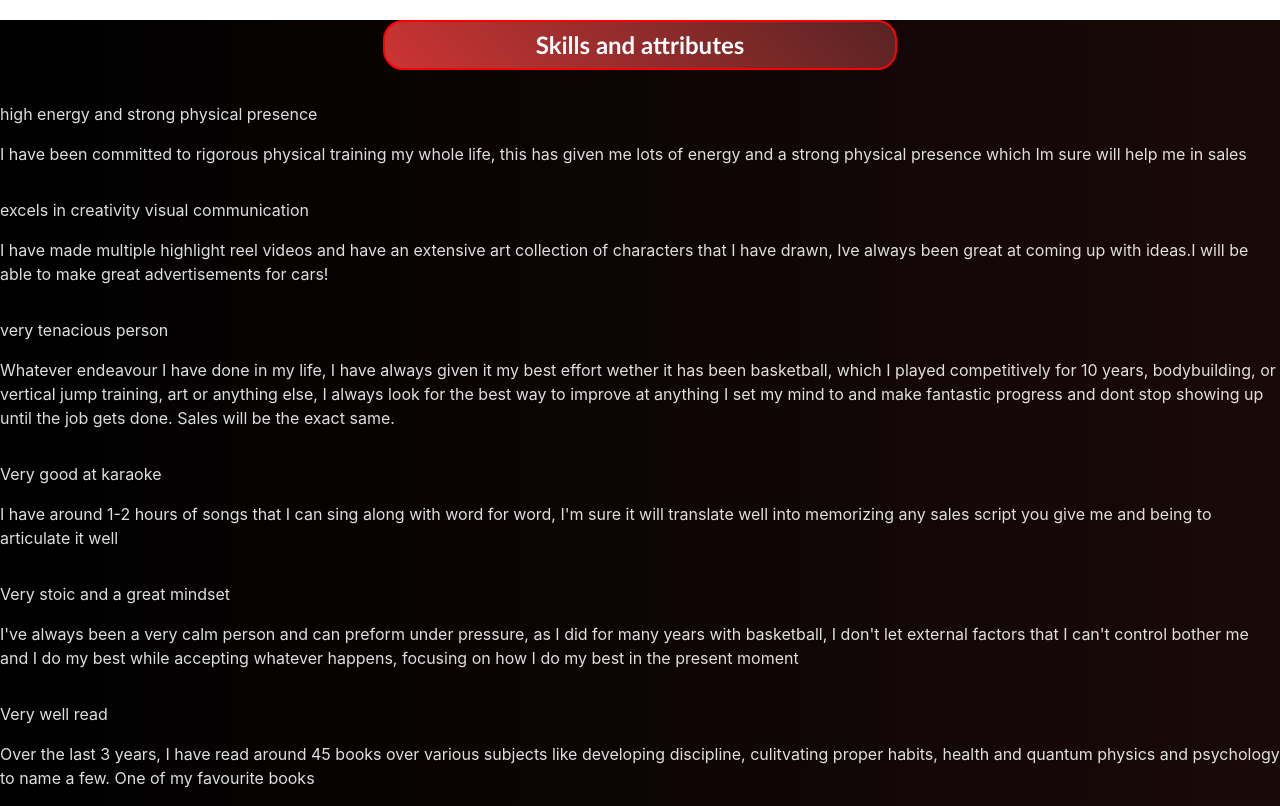
Repository: TMuse333/resume1
Page: /
These files come from the project's save history. The page is drawn as it stood at one moment and after the next save; the edit follows.
The browser window is 1280 px wide. The pictures show the whole page.
The project was rebuilt for these pictures with package versions that can differ from the ones it lists, and the page was loaded fresh each time. Also part of the build but not shown: vite.config.js, src/components/navbar.jsx, src/components/about.jsx, src/components/contact.jsx, src/components/footer.jsx, src/components/experience.jsx, src/components/carousel.jsx, src/components/experienceCarousel.jsx and 4 more. Imported but missing from the stored project, and not drawn on this page: src/images/best_dunk.mp4.

Above is the page before, as saved 2023-10-18 15:07:13.

### index.html
<!doctype html>
<html lang="en">
  <head>
    <meta charset="UTF-8" />

    <meta name="viewport" content="width=device-width, initial-scale=1.0" />
    <title>Thomas Musial Resume 1</title>
  </head>
  <body>
    <div id="root"></div>
    <script type="module" src="/src/main.jsx"></script>
  </body>
</html>

### src/main.jsx
import './index.css'
import * as React from 'react';
import { StrictMode } from 'react';
import { createRoot } from 'react-dom/client';
import { BrowserRouter } from 'react-router-dom';

import App from './App';

const rootElement = document.getElementById('root');
const root = createRoot(rootElement);

root.render(
  <StrictMode>
    <BrowserRouter>
      <App />
    </BrowserRouter>
  </StrictMode>
);

### src/index.css
:root {
  font-family: Inter, system-ui, Avenir, Helvetica, Arial, sans-serif;
  line-height: 1.5;
  font-weight: 400;

  /* color-scheme: light dark; */
  color: rgba(255, 255, 255, 0.87);
  background-color: #242424;

  font-synthesis: none;
  text-rendering: optimizeLegibility;
  -webkit-font-smoothing: antialiased;
  -moz-osx-font-smoothing: grayscale;
  -webkit-text-size-adjust: 100%;
}

a {
  font-weight: 500;
/* color:black; */
  text-decoration: inherit;
}
a:hover {

}

body {
  margin: 0;
  display: flex;
  place-items: center;
  min-width: 320px;
  min-height: 100vh;
}

h1 {
  font-size: 3.2em;
  line-height: 1.1;
}

button {
  border-radius: 8px;
  border: 1px solid transparent;
  padding: 0.6em 1.2em;
  font-size: 1em;
  font-weight: 500;
  font-family: inherit;

  cursor: pointer;
  transition: border-color 0.25s;
}
button:hover {

}
button:focus,
button:focus-visible {

}

@media (prefers-color-scheme: light) {
  :root {
    /* color: #213547; */
    background-color: #ffffff;
  }
  a:hover {

  }
  button {
    background-color: #f9f9f9;
  }
}

### src/App.jsx
import { useState } from 'react'
import './App.css'
import {
  BrowserRouter as Router,

  Route, Routes

} from "react-router-dom";




import MainLayout from './components/MainLayout';

import { SkillProvider } from './context/context'
import FAQ from './components/FAQ';
import Progress from './components/progress';


function App() {
  return (
    <>

    <SkillProvider>
   <Routes>

      <Route path='/' element={<MainLayout/>}/>
     <Route path="/FAQ" element={<FAQ/>}/>
     <Route path="/progress" element={<Progress/>}/>
      </Routes>
      </SkillProvider>


   </>
  );
}

export default App;

### src/components/MainLayout.jsx
import React from 'react';
import Navbar from './navbar';
import About from './about';
import Skills from './skills';

import ContactForm from './contact';
import Footer from './footer';
import Carousel from './carousel';



import ExperienceCarousel from './experienceCarousel';
import BulletPointList from './bulletPointList';

 // Replace with the actual path to your Navbar component

function MainLayout({ children }) {
  return (
   <>
   {/* <Navbar/> */}
   {/* <About/> */}
   <Skills/>
   {/* <BulletPointList/> */}
  {/* <Carousel/> */}
    {/* <ExperienceCarousel/> */}
    {/* <ContactForm/> */}
    {/* <Footer/> */}
    </>


  );
}

export default MainLayout;

### src/context/context.jsx
// SkillContext.js

import React, { createContext, useContext, useState } from 'react';

// Create the SkillContext
const SkillContext = createContext();

// Create a custom hook for accessing the SkillContext
export function useSkillContext() {
  return useContext(SkillContext);
}

// Create the SkillProvider component
export function SkillProvider({ children }) {
  const [selectedSkillIndex, setSelectedSkillIndex] = useState(null);

  return (
    <SkillContext.Provider value={{ selectedSkillIndex, setSelectedSkillIndex }}>
      {children}
    </SkillContext.Provider>
  );
}

### src/components/skills.jsx
import React, { useEffect, useState } from 'react';
import { motion } from 'framer-motion';
import { attributes } from './skillDesc';

import { services } from './skillDesc';
import { useSkillContext } from '../context/context';

const Skills = () => {
  const [skillsInView, setSkillsInView] = useState(Array(services.length).fill(false));
  const { selectedSkillIndex, setSelectedSkillIndex } = useSkillContext();
  const [isHovered, setIsHovered] = useState(-1)
  const [isSkillDescriptionVisible, setIsSkillDescriptionVisible] = useState(Array(services.length).fill(false));


  const handleSkillClick = (index) => {
    setSelectedSkillIndex(index);
    console.log(selectedSkillIndex)

    setIsSkillDescriptionVisible((prev) => {
      const newIsSkillDescriptionVisible = [...prev];
      newIsSkillDescriptionVisible[index] = !prev[index];

      return newIsSkillDescriptionVisible;
    });
  };



  const handleHover = () => {
        setIsHovered(index)
  }


  const style = (index) =>( {

    height: selectedSkillIndex === index  && isSkillDescriptionVisible[index]? '375px' : '200px',
    transition: 'height 0.3s ease-in-out',
  })





  const staggerVariants = {
    visible: (index) => ({
      opacity: 1,
      x: 0,
       // Always start from the center
      transition: {
        duration:  + 0.5,
      },
    }),
    hidden: (index) => ({
      opacity: 0,
      x: -100, // Alternate between left and right
    }),
  };

  const skillStyles = (index) => ({
    // boxShadow: isHovered === index ? '0 0 100px rgba(10, 128, 0, 1)' : null,
    backgroundColor: isHovered === index ? 'rgba(305, 100, 100, 1)' : 'transparent',

    transform: isHovered === index ? 'scale(1.2)' : 'scale(1)',
    padding: '10px',
    borderRadius: '30px'

});

  useEffect(() => {
    const handleScroll = () => {
      services.forEach((skill, index) => {
        const skillsSection = document.getElementById(`skill-${index}`);
        if (skillsSection) {
          const { top} = skillsSection.getBoundingClientRect();


          const threshold = 100

          // Check if the skills section is in the viewport with the calculated threshold
          const isInView = top < window.innerHeight - threshold  ;
      //    console.log(`Skill ${index} - top: ${top}, window.innerHeight - threshold: ${window.innerHeight - threshold}, isInView: ${isInView}`);
          // Update the skillsInView array with the new in-view state
          setSkillsInView((prevSkillsInView) => {
            const newSkillsInView = [...prevSkillsInView];
            newSkillsInView[index] = isInView || prevSkillsInView[index]; // Update the state to true if already in view
            return newSkillsInView;
          });
        }
      });
    };

    // Add an event listener for scroll
    window.addEventListener('scroll', handleScroll);

    // Clean up the event listener when the component unmounts
    return () => {
      window.removeEventListener('scroll', handleScroll);
    };
  }, []);




  return (
    <section className="skills-section">
      <h2 className="section-title">Skills and attributes</h2>
      <div className="skills-container ">
        {attributes.map((skill, index) => (
         <div>
          <p>{skill.name}</p>
          <p>{skill.description}</p>
         </div>
        ))}
      </div>
    </section>
  );
};

export default Skills;

### src/components/skillDesc.js
import vegeta from '../images/vegeta-battle.png';
import majinVegeta from '../images/majin-vegeta.png'
import kakashi from '../images/kakashi-susanoo.jpg'
import abu from '../images/abu.png'
import obito from '../images/war_obito.jpg'
import ss1goku from '../images/ss1-goku.png'
import kakashi1 from '../images/first-kakashi.jpg'
import itachi1 from '../images/first-itachi.png'
import susanoo from '../images/susanoo.jpg'
import abuFlex from '../images/aboubacar-5-fire.png'
import vegeta1 from '../images/first-vegeta.png'
import abu1 from '../images/abu3.jpg'
import broly from '../images/broly.jpg'



import dunk from '../images/important_dunk.jpg'
import art from '../images/vegeta_progress.jpg'
import muscle from '../images/muscular_thomas.png'
import goku from '../images/goku-vs-jiren.jpg'

import smallTom from '../images/progress-pics/biggerTMuse.jpg'
import biggerTom from '../images/progress-pics/biggerTMuse.jpg'






export const experiences = [
  {
    title: 'Gym progress',
    description: 'Since the age of 13, I have been dedicated to building a strong body through weight training. '+
    'This has given me a high work capacity and how to deal with stress and work through it, which Im sure is an important skill for sales',
    image: muscle,
    height: 200,
    width: 30,
    maxWidth: 350,
    index:0


  },
  {
    title: 'Drawing progress',
    description: 'Ever since I was a young boy, I have been into drawing, it taught me how to really focus on a particular object and copy it detail for detail '+
    'I am sure I will be able to apply the focus and attention to detail into a sales career! Im sure it will also translate into creating useful and unique advertisements!',
    image: abuFlex,
    height: 50,
    width: 80,
    maxWidth: '300',
    index:1


  },
  {
    title: 'Dunking progress',
    description: "Wanting to ability to dunk for basketball, I dedicated myself to vertical jump training, "+
    "which took a lot more effort and planning than regular bodybuilding. "+
    "I will take the same structured approach to learning the art of sales!",
    image: dunk,
    height: 500,
    width: 250,
    maxWidth: '300',
    index:2

  },


]





  export const services = [
    {
      name: 'A very disciplined and focused individual',
      description: 'I live a very structured life to ensure that no precious time is wasted.'+
      'I always ensure to get around 2 to 4 hours of concentrated work with no distractions in a day while going to the gym first thing in the morning.'+
      ' while ending the day with an hour long meditation.'
    },
    // {
    //   name: 'Strong thirst for knowledge',
    //   description: 'I am always looking for new ways to improve my life and learn how the world works and why. '+
    //   'Over the last two years I have read approximately 45 books covering subjects on self development, psychology and quantum physics among other subjects '+
    //   "to try and understand the best way to navigate through life"
    // },
    // {
    //   name: 'Very calm individual and high stress tolerance',
    //   description: "As a very focused person, I dont let other meaningless external factors effect the primary objective."+
    //   'Through years of competitive basketball and years of weight lifting, I have learned how to preform under pressure situations '+
    //   'and complete the objective. I also practice stoicism and accept things the way they are and focus only on what I can control.'
    // },
    // {
    //   name: 'Very coachable',
    //   description:
    //   'Through out my basketball years I was very obidient to my coaches and did as I was told.'+
    //   'I will take whatever sales training you give me very seriously and do my best to implement it effectivley'
    // },
    // {
    //   name: 'Very tenacious',
    //   description: `Whatever task or subject I've taken on in my life, I have dedicated substantial periods of time to improve at it,` +
    //   'Whenever I put my mind to something I put all of my effort into it and made great improvements at it.'+
    //   " I am ready for sales to be the next thing I become great at."
    // },
    // {
    //   name: 'Competent with technology',
    //   description: 'I completed two years of computer science at Dalhousie university, giving me a solid foundation on how '+
    //   "to use technology. I even built this website myself!"
    // },
    // {
    //   name: 'Very well presented',
    //   description: 'I am aware that how you present yourself matters in a sales job '+
    //   "and I put substantial effort into my appearance by staying in great shape and putting together nice business orientated outfits on to be taken seriously"
    // },
    // {
    //   name: 'Thrives on diligence and hard work.',
    //   description: 'I am a man who is built to work, especially at my young age of 20 where I have large amounts of energy to expend.'+
    //   `I always put my best effort forward because I dislike being lazy and wasting all of my potential, as you only live once.` +
    //   'Where ever I go I put my best foot forward and do my best to gain the maximum benefit from anything I do'
    // },
    // Add more services here if needed
  ];


export const progress = [


  {
    name:'art progress',
    images:[
      {
        name:vegeta1,
        style: {
          width:'50vw',
          maxWidth: '400px',
          maxHeight: null,
          transform: 'translateY(25%)'
        }
      },

      {
        name:vegeta,
        style: {
          width:'50vw',
          maxWidth: '400px',
          maxHeight:'600px'
        }
      },
      {
        name:ss1goku,
        style: {
          width:'50vw',
          maxWidth: '400px',
          maxHeight: '454px',
          transform: 'translateY(25%)',
         // height:'454px'
        }
      },
      {
        name:broly,
        style: {
          width:'50vw',
          maxWidth: '400px',
          maxHeight:'600px'
        }
      },
      {
        name:kakashi1,
        style: {
          width:'50vw',
          maxWidth: '400px',
          maxHeight: null,
          transform: 'translateY(25%)'
        }
      },
      {
        name:kakashi,
        style: {
          width:'50vw',
          maxWidth: '400px',
          maxHeight:'600px'
        }
      },
      {
        name:abu1,
        style: {
          width:'50vw',
          maxWidth: '400px',
          maxHeight:'600px',
        //  height: '231px'
        }
      },
      {
        name:abuFlex,
        style: {
          width:'50vw',
          maxWidth: '400px',
          maxHeight:'600px',
          transform: 'translateY(20%)',
      //  height:'311px'
        }
      },

    ],
    description:
    'art is phenomenal'

  },

]


export const attributes = [
  {
    name: 'high energy and strong physical presence',
    description:'I have been committed to rigorous physical training my whole life, '+
    'this has given me lots of energy and a strong physical presence which Im sure will '+
    'help me in sales'
  },
  {
    name:'excels in creativity visual communication',
    description:'I have made multiple highlight reel videos and have an extensive art '+
    'collection of characters that I have drawn, Ive always been great at coming up with ideas.'+
    'I will be able to make great advertisements for cars!'
  },
  {
    name:'very tenacious person',
    description:'Whatever endeavour I have done in my life, I have always given it my best effort '+
    'wether it has been basketball, which I played competitively for 10 years, bodybuilding, or vertical jump training, art or '+
    'anything else, I always look for the best way to improve at anything I set my mind to and make fantastic progress and dont stop '+
    'showing up until the job gets done. Sales will be the exact same.'
  },
  {
    name:'Very good at karaoke',
    description:'I have around 1-2 hours of songs that I can sing along with word for word, '+
    "I'm sure it will translate well into memorizing any sales script you give me and being to articulate it well"
  },
  {
    name:'Very stoic and a great mindset',
    description:"I've always been a very calm person and can preform under pressure, as I did for many years "+
    "with basketball, I don't let external factors that I can't control bother me and I do my best while accepting whatever happens, "+
    "focusing on how I do my best in the present moment"
  },
  {
    name:'Very well read',
    description:'Over the last 3 years, I have read around 45 books over various subjects like developing discipline, culitvating proper habits, '
    +'health and quantum physics and psychology to name a few. One of my favourite books '+
    ''
  }

]

Loaded but not shown: src/App.css (713 lines, source omitted)

After the next save:
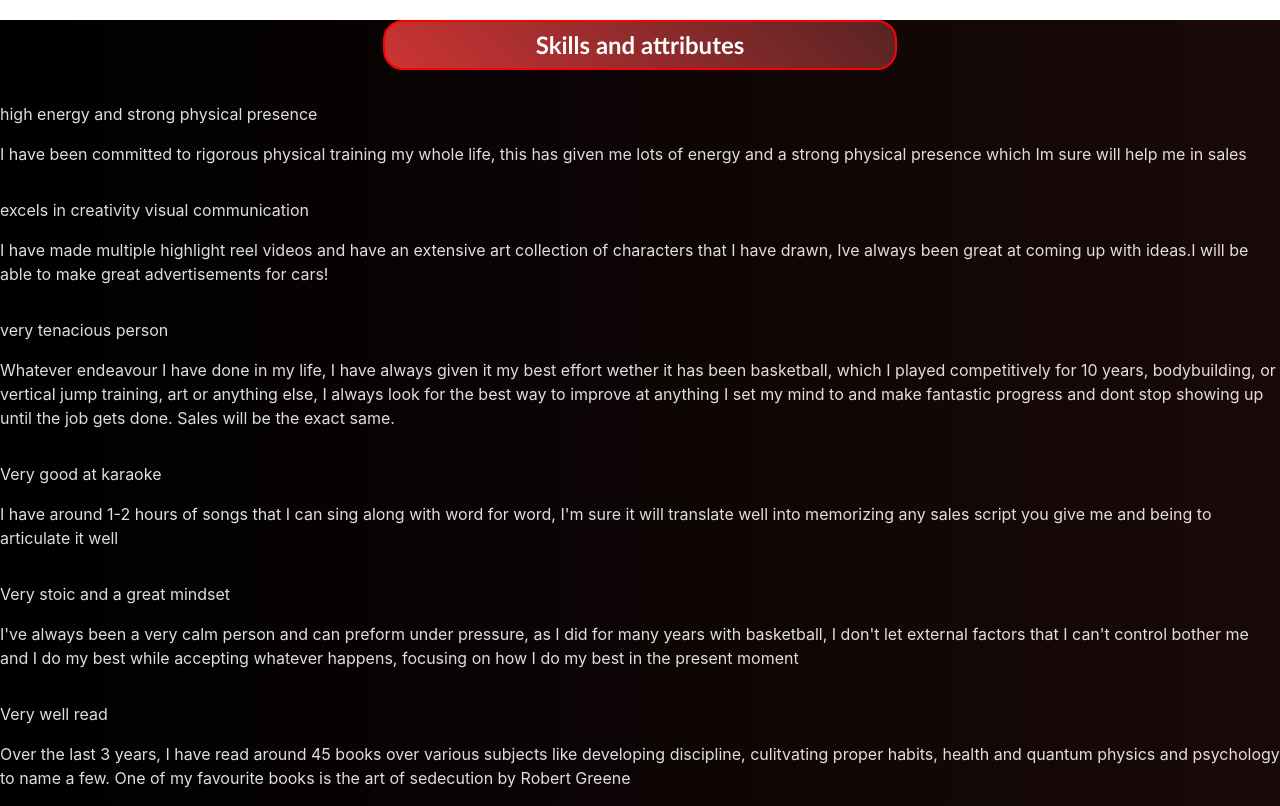
Saved 10 s later.
--- a/src/components/skillDesc.js
+++ b/src/components/skillDesc.js
@@ -246,7 +246,7 @@ export const attributes = [
     name:'Very well read',
     description:'Over the last 3 years, I have read around 45 books over various subjects like developing discipline, culitvating proper habits, '
     +'health and quantum physics and psychology to name a few. One of my favourite books '+
-    ''
+    'is the art of sedecution by Robert Greene'
   }
 
 ]
